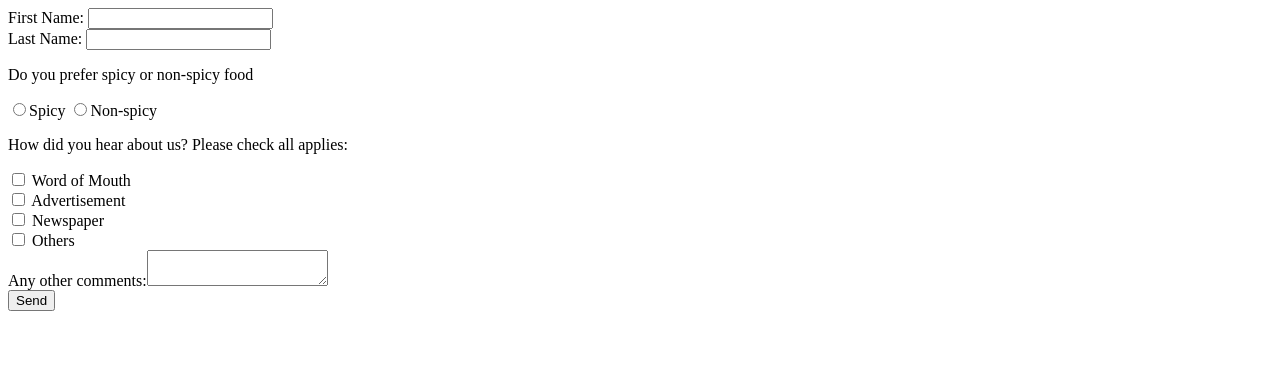
Repository: kunxin-chor/python-flask-form-processing
Page: templates/survey.template.html
The author's editor kept a record of every edit. The page is drawn from the files as they stood at one moment, then again after the next edit.
The browser window is 1280 px wide. The pictures show the whole page.
The page is served by the project's application, run on Flask 3 (run.py). The template is opened directly, without the code that normally fills it, so the values that code supplies are empty.

Above is the page before.

### templates/survey.template.html
<!DOCTYPE html>
<html lang="en">
<head>
    <meta charset="UTF-8">
    <meta name="viewport" content="width=device-width, initial-scale=1.0">
    <meta http-equiv="X-UA-Compatible" content="ie=edge">
    <title>Document</title>
</head>
<body>
    <form method="POST">
        <div>
            <label>First Name:</label>
            <input type='text' name='first-name'/>
        </div>
        <div>
            <label>Last Name:</label>
            <input type='text' name='last-name'/>
        </div>
        <div>
            <p>Do you prefer spicy or non-spicy food</p>
            <input type='radio' name='prefer-spicy' value='spicy'/><label>Spicy</label>
            <input type='radio' name='prefer-spicy' value='non-spicy'/><label>Non-spicy</label>
        </div>
        <div>
            <p>How did you hear about us? Please check all applies:</p>
            <input type='checkbox' name='heard-about' value='word-of-mouth'>
            <label>Word of Mouth</label>

            <br/>

            <input type='checkbox' name='heard-about' value='advertisement'>
            <label>Advertisement</label>

            <br/>

            <input type='checkbox' name='heard-about' value='newspaper'>
            <label>Newspaper</label>

            <br/>

            <input type='checkbox' name='heard-about' value='others'>
            <label>Others</label>

            <div>
                Any other comments:<textarea name='comments'></textarea>
            </div>

        </div>
        <input type='submit' value='Send'/>
    </form>
</body>
</html>

### run.py
# From the flask module, import an object named Flask
from flask import Flask, render_template, request

# adding in functionality to access the operating system
import os

app = Flask(__name__)

@app.route('/hello')
def foobar():
    return render_template("hello.html")

@app.route('/greet_the_person', methods=['POST'])
def process_form():
    print(request.form)
    n = request.form.get('person_name')
    age = request.form.get('age')
    return "Hi, {}, welcome to the website!".format(n)


# @app.route('/hello', methods=['GET', 'POST'])
# def foobar():
#     if request.method == 'GET':
#         return render_template("hello.html")
#     elif request.method == 'POST':
#         print(request.form)
#         n = request.form.get('person_name')
#         age = request.form.get('age')
#         return "Hi, {}, welcome to the website".format(n)

# "magic code" -- boilerplate
if __name__ == '__main__':
    app.run(host=os.environ.get('IP'),
            port=int(os.environ.get('PORT')),
            debug=True)

After the next edit:
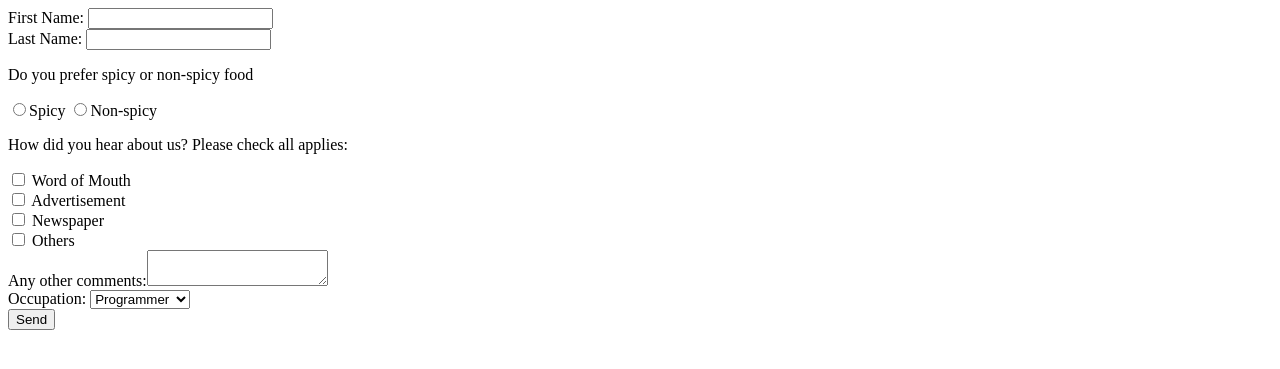
The edit:
--- a/templates/survey.template.html
+++ b/templates/survey.template.html
@@ -45,6 +45,15 @@
                 Any other comments:<textarea name='comments'></textarea>
             </div>
 
+            <div>
+                Occupation:
+                <select>
+                    <option>Programmer</option>
+                    <option>Teacher</option>
+                    <option>Ghost hunter</option>
+                </select>
+            </div>
+
         </div>
         <input type='submit' value='Send'/>
     </form>
